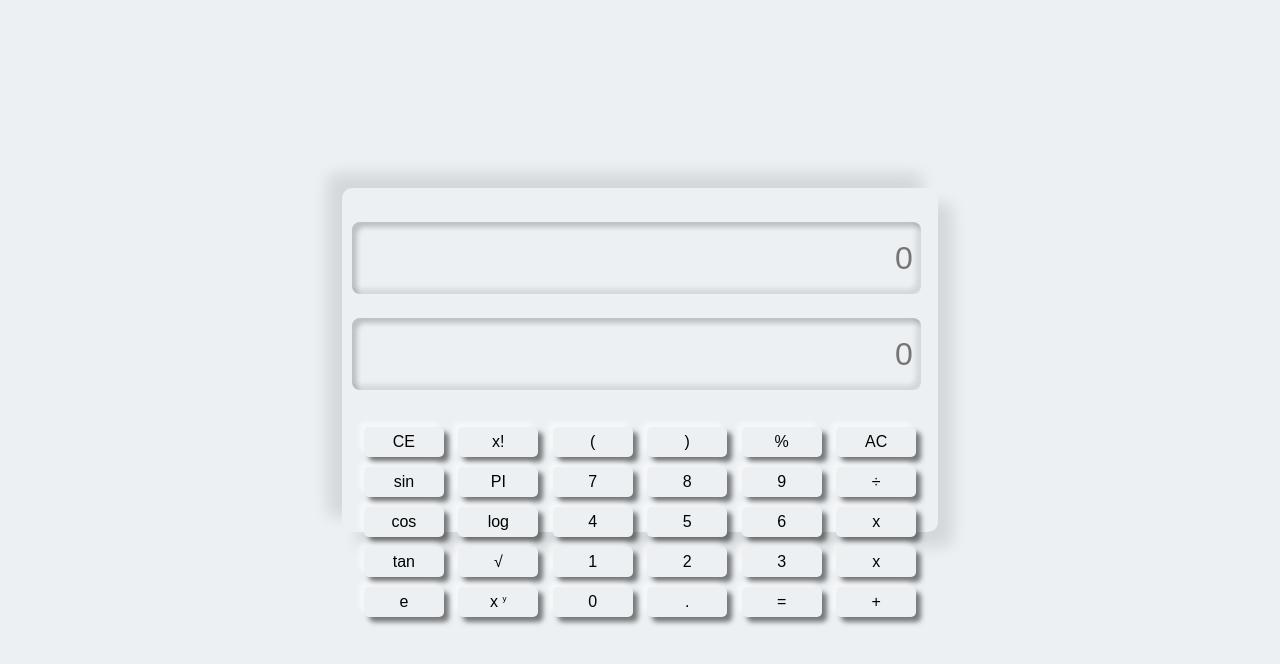
Repository: Haakim19/Scientific-Calculator
Page: intex.html
An editor plug-in stored every save of this project. The page is shown before and after the next save, followed by the edit.
The browser window is 1280 px wide. The pictures show the whole page.

Above is the page before, as saved 2024-10-27 12:21:53.

After the next save:
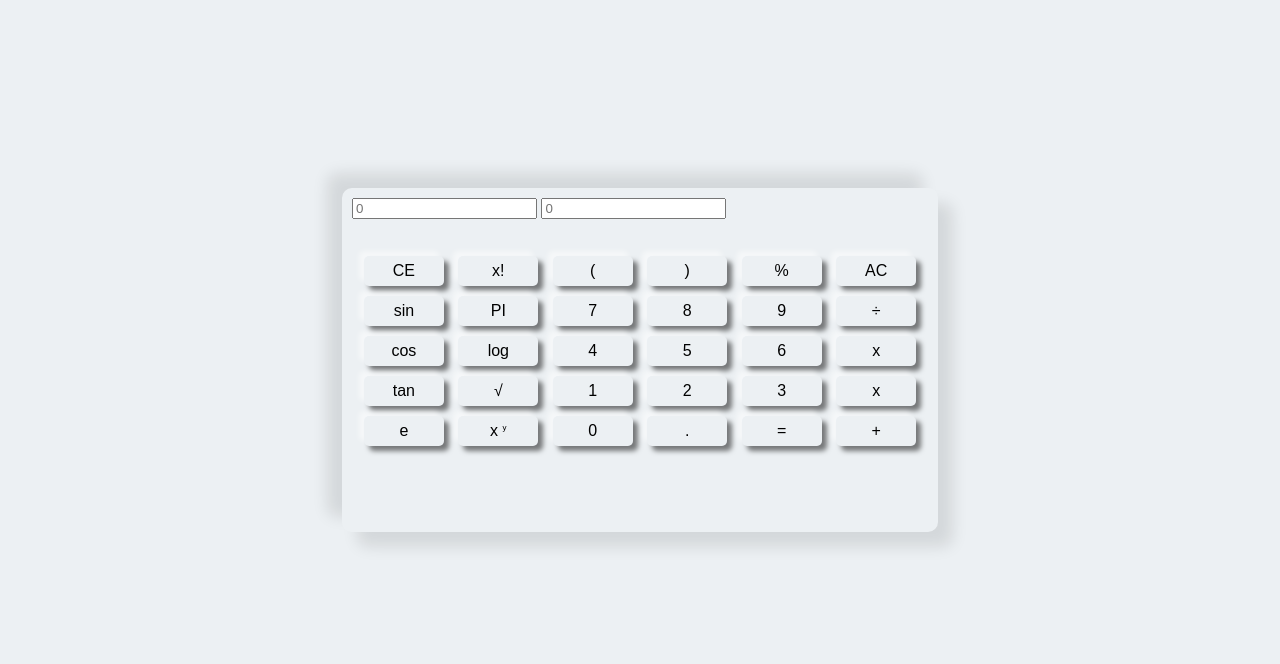
Saved 40 s later.
--- a/intex.html
+++ b/intex.html
@@ -9,13 +9,8 @@
 <body>
     <div class="container">
         <div class="display">
-            <div class="display1">
-                <input type="text" id="screen" placeholder="0" >
-            </div>
-            <div class="display2">
-                <input type="text" id="screen" placeholder="0" >
-            </div>
-
+                <input type="text" id="screen1" placeholder="0" >
+                <input type="text" id="screen2" placeholder="0" >
         </div>
         <div class="btns">
             <div class="row">

After the save that followed:
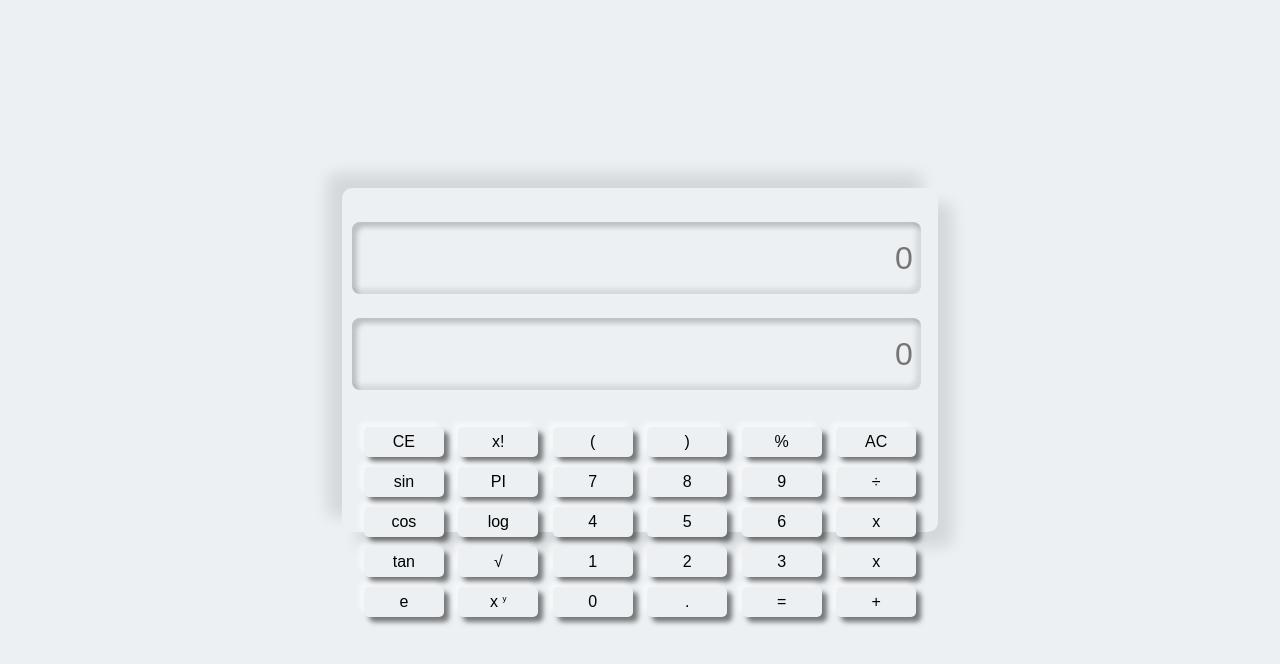
Saved 20 s later.
--- a/Style.css
+++ b/Style.css
@@ -18,7 +18,7 @@ body{
     box-shadow: 15px 15px 15px rgba(0, 0, 0, 0.1),
                 -15px -15px 15px rgba(0, 0, 0, 0.1);
 }
-.display1 #screen{
+.display #screen1{
     width: 97%;
     height: 70px;
     border: none;
@@ -33,7 +33,7 @@ body{
                 inset -5px -5px 5px rgba(0, 0, 0, 0.1);
 
 }
-.display2 #screen{
+.display #screen2{
     width: 97%;
     height: 70px;
     border: none;
